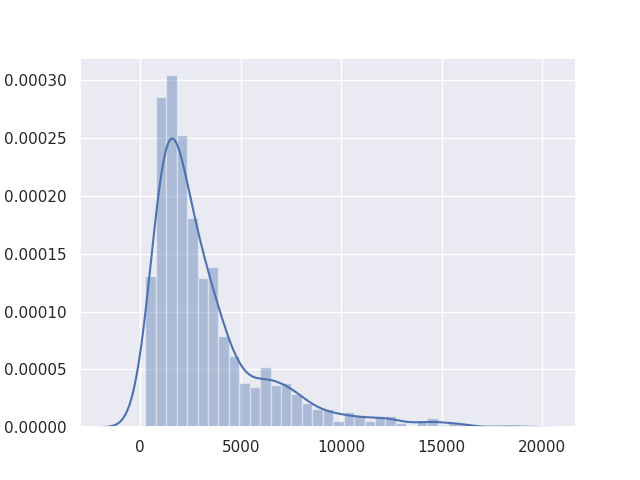
Repository: Suelt/Hust-SE-introduction-to-ML
Script's output: python Bayes Classification/Gaussian.py
The author's editor kept a copy of each file at every save. The script's output is drawn from the files as they stood at one save, then again after the next save.
Random numbers start from a fixed seed.

Above is the script's output before, as saved 2021-04-28 12:21:01.

### Bayes Classification/Gaussian.py
import pandas as pd
import numpy as np
import matplotlib.pyplot as plt
import seaborn as sns
from scipy.stats import norm
credit = pd.read_csv("C:\\pyproject\\Bayes Classification\\transformed.csv")

df=credit[credit['credit_risk'].isin(['good'])]
list_status=df['duration']
length=list_status.shape[0]

values = list_status.value_counts().keys().tolist()
values.sort()
# Gaussian_result={}
# whole_percent=0
# rate=0
# #calculate the whole rate
# for value in values:
#     rate=list_status.value_counts()[value]/length
#     whole_percent+=rate
#     Gaussian_result[value]=whole_percent
# fig = plt.figure()
# ax = fig.add_subplot()
# x=[]
# y=[]
# for value in values:
#     x.append(value)
#     y.append(Gaussian_result[value])
# parameter = np.polyfit(x, y, 3)
# y2=[]

# for i in x:
#     y2_value = parameter[0] * i ** 3 + parameter[1] * i ** 2 + parameter[2] * i + parameter[3]
#     y2.append(y2_value)
# print(x)
# plt.scatter(x, y)
# plt.plot(x, y2, color='g')
# # for value in values:
# #     ax.scatter(value, list_status.value_counts()[value])
# ax.set_xlabel('value')
# ax.set_ylabel('value_counts')
# plt.grid()
# plt.show()

sns.set()
x=list(credit['amount'])
sns.distplot(x)

# arr_mean = np.mean(list_status)
# arr_std = np.std(list_status,ddof=1)
# gaussian_result=[]
# y=[]
# x=[]
# for i in values:
#     r_2 = norm.pdf(i, loc=arr_mean, scale=arr_std)
#     y.append(r_2)
#     x.append(i)
# plt.plot(x,y,color='g')
plt.show()

Loaded but not shown: Bayes Classification/transformed.csv (1001 lines, source omitted)

After the next save:
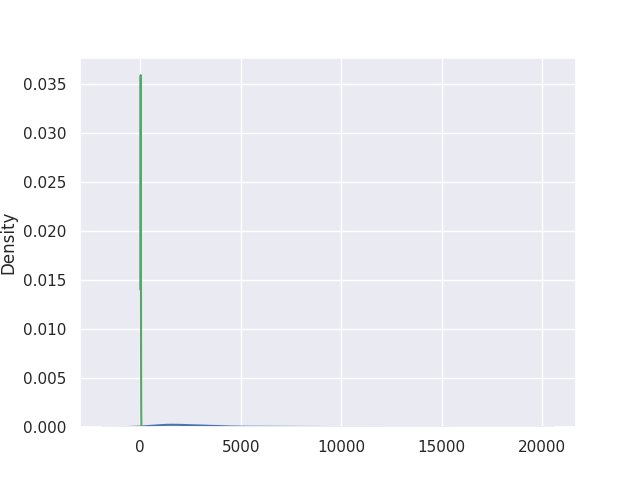
Saved 24 s later.
--- a/Bayes Classification/Gaussian.py
+++ b/Bayes Classification/Gaussian.py
@@ -46,14 +46,14 @@ sns.set()
 x=list(credit['amount'])
 sns.distplot(x)
 
-# arr_mean = np.mean(list_status)
-# arr_std = np.std(list_status,ddof=1)
-# gaussian_result=[]
-# y=[]
-# x=[]
-# for i in values:
-#     r_2 = norm.pdf(i, loc=arr_mean, scale=arr_std)
-#     y.append(r_2)
-#     x.append(i)
-# plt.plot(x,y,color='g')
+arr_mean = np.mean(list_status)
+arr_std = np.std(list_status,ddof=1)
+gaussian_result=[]
+y=[]
+x=[]
+for i in values:
+    r_2 = norm.pdf(i, loc=arr_mean, scale=arr_std)
+    y.append(r_2)
+    x.append(i)
+plt.plot(x,y,color='g')
 plt.show()

After the save that followed:
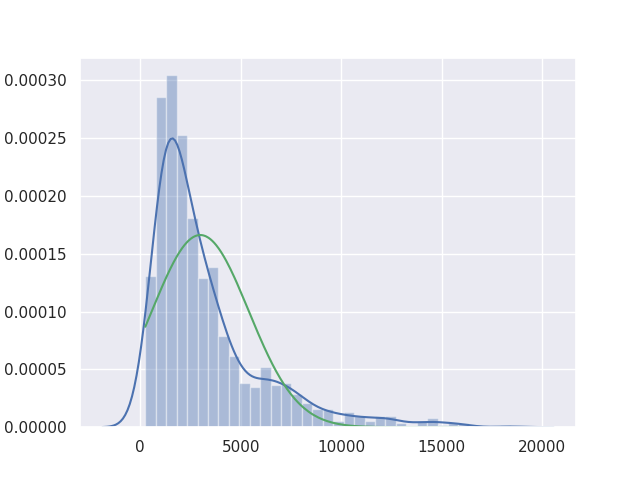
Saved 25 s later.
--- a/Bayes Classification/Gaussian.py
+++ b/Bayes Classification/Gaussian.py
@@ -6,7 +6,7 @@ from scipy.stats import norm
 credit = pd.read_csv("C:\\pyproject\\Bayes Classification\\transformed.csv")
 
 df=credit[credit['credit_risk'].isin(['good'])]
-list_status=df['duration']
+list_status=df['amount']
 length=list_status.shape[0]
 
 values = list_status.value_counts().keys().tolist()
